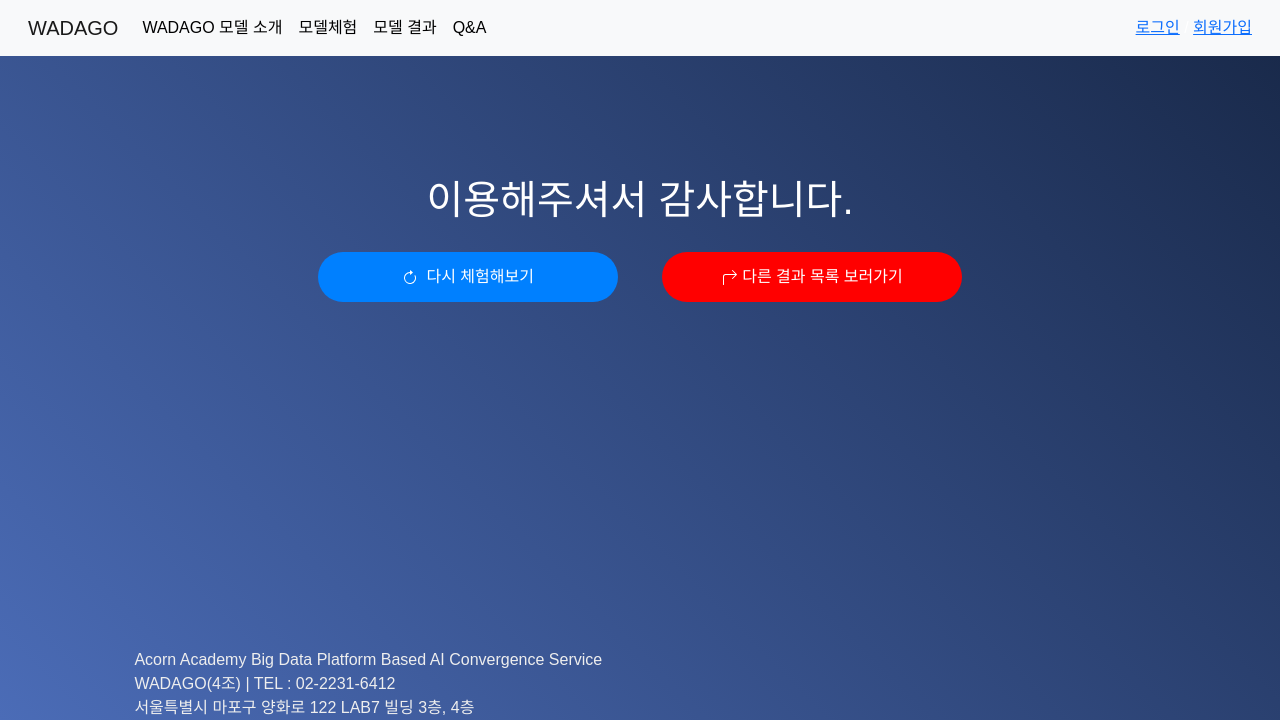
Repository: suchulchoi/Wadago_Project
Page: http://localhost/model/thanks
The author's editor kept a copy of each file at every save. The page is drawn from the files as they stood at one save, then again after the next save.
The browser window is 1280 px wide. The pictures show the whole page.
Some web fonts or font styles are not loaded; a fallback is used. The page is this project's Thymeleaf template; nobody is signed in. The template is opened directly, without the code that normally fills it, so the values that code supplies are empty.

Above is the page before, as saved 2022-07-28 07:39:35.

### wadago_project/src/main/resources/templates/model/thanks.html
<html lnag="ko">
    <head>
        <meta charset="UTF-8">
        <title></title>

    </head>
    <style>
		.resultBtn{
			width:300px;
			height:50px;
			border:none;
			padding:10px;
			color:white;
			border-radius:50px;
			background-color:rgb(0, 128, 255);
			margin:20px;
		}

	</style>
    <body>
     <header th:insert="header_nav.html"></header>
	     <div class="container">
	     	<br><br><br><br><br>
	     	<center><h1>이용해주셔서 감사합니다.</h1></center>
	     </div>
	     <center>
		     <button id="postBtn" class="resultBtn" type="submit" onclick="location.href='/model/try.do'">
					<svg xmlns="http://www.w3.org/2000/svg" width="16" height="16" fill="currentColor" class="bi bi-arrow-clockwise" viewBox="0 0 16 16">
					  <path fill-rule="evenodd" d="M8 3a5 5 0 1 0 4.546 2.914.5.5 0 0 1 .908-.417A6 6 0 1 1 8 2v1z"/>
					  <path d="M8 4.466V.534a.25.25 0 0 1 .41-.192l2.36 1.966c.12.1.12.284 0 .384L8.41 4.658A.25.25 0 0 1 8 4.466z"/>
					</svg>&nbsp; 다시 체험해보기
				</button>
				<button id="postBtn" class="resultBtn" type="submit" style="background-color: red;" onclick="location.href='/model/result/1'">
						 <svg xmlns="http://www.w3.org/2000/svg" width="16" height="16" fill="currentColor" class="bi bi-arrow-90deg-right" viewBox="0 0 16 16">
						  <path fill-rule="evenodd" d="M14.854 4.854a.5.5 0 0 0 0-.708l-4-4a.5.5 0 0 0-.708.708L13.293 4H3.5A2.5 2.5 0 0 0 1 6.5v8a.5.5 0 0 0 1 0v-8A1.5 1.5 0 0 1 3.5 5h9.793l-3.147 3.146a.5.5 0 0 0 .708.708l4-4z"/>
						</svg>&nbsp;다른 결과 목록 보러가기
				</button>
	     </center>
     </body>
 </html>

### wadago_project/src/main/resources/templates/header_nav.html
<html lang="ko" xmlns:th="http://www.thymeleaf.org">

	<head>
		<meta charset="UTF-8">
		<script src="https://cdn.jsdelivr.net/npm/bootstrap@5.1.3/dist/js/bootstrap.bundle.min.js"
			integrity="sha384-ka7Sk0Gln4gmtz2MlQnikT1wXgYsOg+OMhuP+IlRH9sENBO0LRn5q+8nbTov4+1p"
			crossorigin="anonymous"></script>
		<link rel="stylesheet" href="https://maxcdn.bootstrapcdn.com/bootstrap/4.0.0/css/bootstrap.min.css" />
		<link href="https://cdn.jsdelivr.net/npm/bootstrap@5.1.3/dist/css/bootstrap.min.css" rel="stylesheet"
			integrity="sha384-1BmE4kWBq78iYhFldvKuhfTAU6auU8tT94WrHftjDbrCEXSU1oBoqyl2QvZ6jIW3" crossorigin="anonymous">
		<link rel="stylesheet" href="/css/signup.css">
		<link rel="preconnect" href="https://fonts.googleapis.com">
		<link rel="preconnect" href="https://fonts.gstatic.com" crossorigin>
		<link href="https://fonts.googleapis.com/css2?family=Black+Han+Sans&family=Nanum+Gothic:wght@400;700;800&family=Nanum+Pen+Script&display=swap" rel="stylesheet">
	</head>
	<style>
	body{
		font-family: 'Black Han Sans', sans-serif;
		background:linear-gradient(45deg,#4b6cb7,#182848);
		color: white;
	}
	table{
		color:white;
	}
	#navItem{
			color:black;
		}
	#navItem:hover{
			text-shadow: 5px 5px 5px rgb(44, 44, 44);
			font-size:large;
		}
	footer{
			position : fixed;
			bottom : 0;
			background-color:transparent;
			width:100%;
			height:10%;
			font-size:medium;
		}
	</style>
	<body>
		<nav class="navbar navbar-expand-lg navbar-light bg-light">
			<div class="container-fluid">
				<a class="navbar-brand" href="/">WADAGO</a>
				<button class="navbar-toggler" type="button" data-bs-toggle="collapse"
				data-bs-target="#navbarSupportedContent" aria-controls="navbarSupportedContent" aria-expanded="false"
				aria-label="Toggle navigation">
				<span class="navbar-toggler-icon"></span>
			</button>
			<div class="collapse navbar-collapse" id="navbarSupportedContent">
				<ul class="navbar-nav me-auto mb-2 mb-lg-0">
					<li class="nav-item">
						<a class="nav-link active" aria-current="page" href="/model/introduce" id="navItem">WADAGO 모델 소개</a>
					</li>
					<li class="nav-item">
						<a class="nav-link" href="/model/try.do" id="navItem">모델체험</a>
					</li>
					<li class="nav-item">
						<a class="nav-link" href="/model/result/1" id="navItem">모델 결과</a>
					</li>
					<li class="nav-item">
						<a class="nav-link" href="/board/list/1" id="navItem">Q&A</a>
					</li>
					<li class="nav-item dropdown" th:if="${session.memVo} and ${session.memVo.grade == 0}" id="navItem">
						<a class="nav-link dropdown-toggle" href="#" role="button" data-bs-toggle="dropdown"
							aria-expanded="false">
							관리자 전용
						</a>
						<ul class="dropdown-menu" aria-labelledby="navbarDropdown">
							<li><a class="dropdown-item" href="/mem/memberManagement/1">멤버 관리</a></li>
							<li><a class="dropdown-item" href="/mem/img/1">입력 사진 관리</a></li>
						</ul>
					</li>
				</ul>
				<footer th:insert="footer.html"></footer>
				<div th:if="${session.memVo}">
					<!--<span th:if="${session.memVo}!=null" th:text="${session.memVo.id}"></span>-->
					<span th:text="${session.memVo}?${session.memVo.id}:''"></span>
					(<span th:text="${session.memVo?.name}"></span>)
					님 로그인
					&nbsp;/&nbsp;
					<a href="/mem/logout">
						로그아웃
					</a>

				</div>
				<div class="d-flex" th:if="!${session.memVo}">
					<a href="/mem/login">
						로그인
					</a>&nbsp;/&nbsp;
					<a href="/mem/signup">
						회원가입
					</a>
				</div>
			</div>
		</div>
	</nav>
</body>

</html>

### wadago_project/src/main/resources/templates/footer.html
<html lang="ko" xmlns:th="http://www.thymeleaf.org">
	<head>
	<meta charset="UTF-8">

	</head>
	<style>

	</style>
    <footer style="color: #eeeeee;">
	    	Acorn Academy Big Data Platform Based AI Convergence Service
	    	<br>
	    	WADAGO(4조) | TEL : 02-2231-6412
	    	<br>
	    	서울특별시 마포구 양화로 122 LAB7 빌딩 3층, 4층
	    	<br>
   			COPYRIGHT(C) HBILAB. ALL RIGHTS RESERVED.
	</footer>
</html>

Loaded but not shown: wadago_project/src/main/resources/static/css/signup.css (no copy from this time; the picture is the same without it)

After the next save:
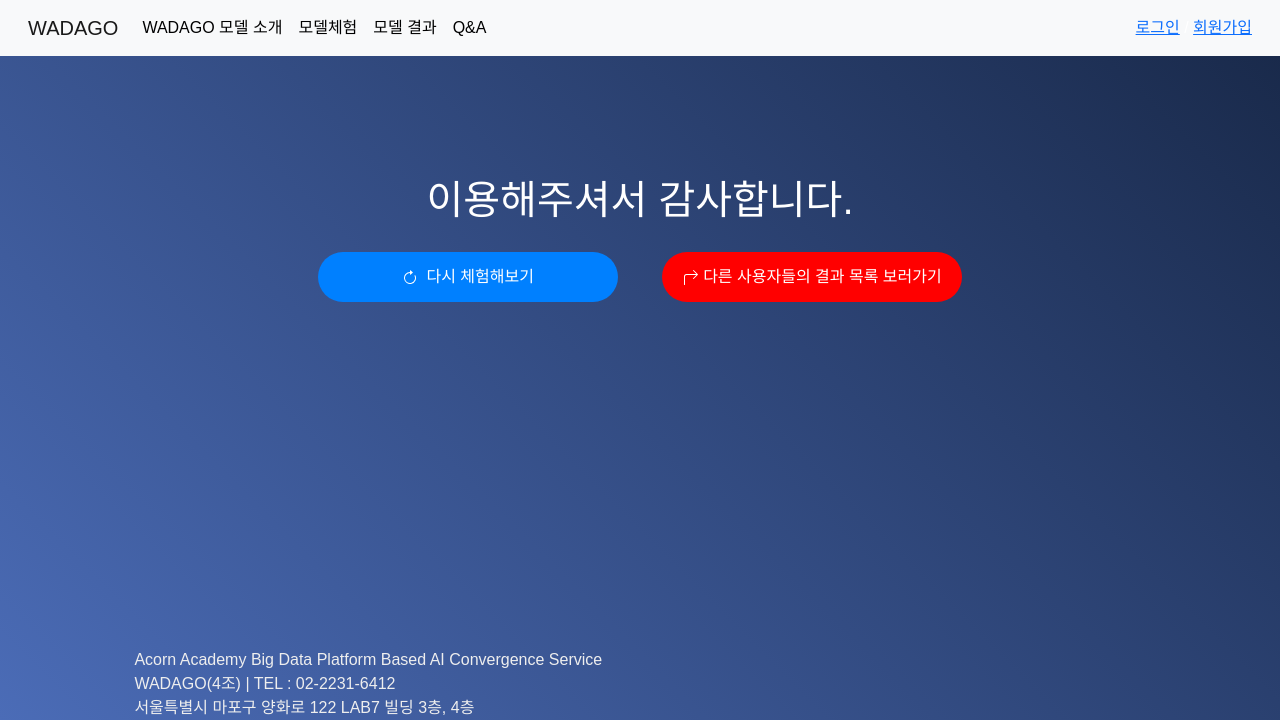
Saved 19 s later.
--- a/wadago_project/src/main/resources/templates/model/thanks.html
+++ b/wadago_project/src/main/resources/templates/model/thanks.html
@@ -33,7 +33,7 @@
 				<button id="postBtn" class="resultBtn" type="submit" style="background-color: red;" onclick="location.href='/model/result/1'">
 						 <svg xmlns="http://www.w3.org/2000/svg" width="16" height="16" fill="currentColor" class="bi bi-arrow-90deg-right" viewBox="0 0 16 16">
 						  <path fill-rule="evenodd" d="M14.854 4.854a.5.5 0 0 0 0-.708l-4-4a.5.5 0 0 0-.708.708L13.293 4H3.5A2.5 2.5 0 0 0 1 6.5v8a.5.5 0 0 0 1 0v-8A1.5 1.5 0 0 1 3.5 5h9.793l-3.147 3.146a.5.5 0 0 0 .708.708l4-4z"/>
-						</svg>&nbsp;다른 결과 목록 보러가기
+						</svg>&nbsp;다른 사용자들의 결과 목록 보러가기
 				</button>
 	     </center>
      </body>
